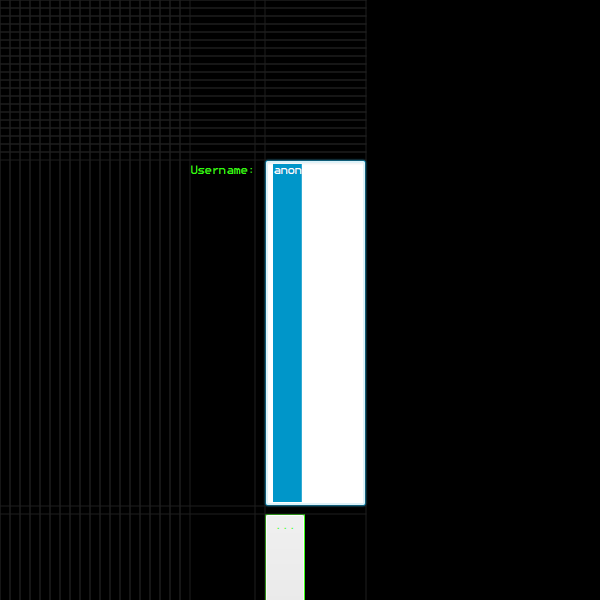
Repository: silic4-ivey/River
Program's window: java RiverClient/src/Main.java
These files come from the project's save history. The program's window is drawn as it stood at one moment and after the next save; the edit follows.
It runs on Java 21 on a 1366 x 768 screen with JavaFX 11; the title bar is not drawn. It also reads RiverClient/resources/fonts/Modeseven-L3n5.ttf.

Above is the program's window before, as saved 2021-08-16 19:04:42.

### RiverClient/src/Main.java
import javafx.application.Application;
import javafx.event.ActionEvent;
import javafx.event.EventHandler;
import javafx.scene.Scene;
import javafx.scene.control.Button;
import javafx.scene.layout.StackPane;
import javafx.stage.Stage;
public class Main extends Application{

	private MainUI mainUI;

	public static void main(String args[]) {
		launch (args);
	}

	@Override
	public void start(Stage primaryStage) throws Exception{

		mainUI = new MainUI(primaryStage);

	}
}

### RiverClient/src/MainUI.java
import javafx.geometry.Pos;
import java.io.FileInputStream;
import java.io.FileNotFoundException;
import java.io.File;
import javafx.scene.Scene;
import javafx.scene.control.Button;
import javafx.scene.layout.StackPane;
import javafx.scene.layout.VBox;
import javafx.scene.paint.Color;
import javafx.stage.Stage;
import javafx.scene.control.TextField;
import java.util.Random;
import javafx.scene.layout.GridPane;
import javafx.scene.control.Label;
import javafx.scene.text.Font;
import javafx.scene.text.Text;
import javafx.scene.control.ScrollPane;

public class MainUI {

	private RiverClient rc;
	private String userName = "anon";
	private int size = 600;
	private Stage window;
	private Text textBox = new Text();
	private final String modeSeven = "Modeseven-L3n5.ttf";
	private final String fontPath = "./resources/fonts/";

	public MainUI(Stage primaryStage) throws Exception{
		window = primaryStage;

		Label userLbl = new Label("Username:");
		TextField text = new TextField("anon");


		Button connectButton = new Button("Connect");
		connectButton.setOnAction(e ->startConnection(text.getText()));   ///////////////////////////////

		//VBox layout1 = new VBox();
		//layout1.getChildren().addAll(userLbl,text,connectButton);

		try {
			Font terminalFont = Font.loadFont(new FileInputStream(new File(fontPath + modeSeven)),12);

			text.setFont(terminalFont);
			userLbl.setFont(terminalFont);
			connectButton.setFont(terminalFont);


		}catch(FileNotFoundException e) {
			e.printStackTrace();
		}

		text.setStyle("-fx-text-inner-color: #39ff14");
		//text.setStyle("-fx-control-inner-background: black");
		//text.setStyle("-fx-border-color: #39ff14");

		userLbl.setTextFill(Color.web("#39ff14"));

		connectButton.setTextFill(Color.web("#39ff14"));
		connectButton.setStyle("-fx-background-color: black");
		connectButton.setStyle("-fx-border-color: #39ff14");

		connectButton.setMaxSize(15, 15);


		GridPane layout1 = new GridPane();

		layout1.setVgap(8);
		layout1.setHgap(10);

		/*layout1.add(userLbl, size/2 -1, size/2);
		layout1.add(text, size/2, size/2);
		layout1.add(connectButton, size/2, size/2 -1);*/

		GridPane.setConstraints(userLbl, 19, 20);
		GridPane.setConstraints(text, 20, 20);
		GridPane.setConstraints(connectButton, 20, 21);

		layout1.getChildren().addAll(userLbl,text,connectButton);

		layout1.setGridLinesVisible(true);
		layout1.setStyle("-fx-background-color: #000000");

		Scene scene1 = new Scene(layout1, size, size, Color.BLACK);
		//scene1.setFill(Color.BLACK);

		window.setScene(scene1);
		window.setTitle("The River");
		window.show();

		/*RiverClient cs = RiverClient.getInstance();
		cs.writeTo();
		cs.closeAccess();*/
	}

	public void startConnection(String userName) {
		initializeClient();  ///////////////////////////////////////////////////
		setUser(userName);
		switchStage();
	}

	public void initializeClient() {
		rc = RiverClient.getInstance();
	}

	public void setUser(String userName) {
		this.userName = userName;
	}

	public void switchStage() {

		ServerReader sr = new ServerReader(rc, this);

		Label userLbl = new Label(userName + ": ");
		TextField text = new TextField("Type Here");

		Button sendButton = new Button("Send");
		sendButton.setOnAction(e -> rc.writeTo(text.getText(), userName));   /////////////////////////////// create a logoff button

		Button logoffButton = new Button("Logoff");
		logoffButton.setOnAction(e -> rc.closeAccess());   /////////////////////////////// create a logoff button

		//Text textBox = new Text();


		GridPane layout1 = new GridPane();

		layout1.setVgap(8);
		layout1.setHgap(10);

		GridPane.setConstraints(userLbl, 19, 2);
		GridPane.setConstraints(text, 20, 2);
		GridPane.setConstraints(sendButton, 21, 2);
		GridPane.setConstraints(logoffButton, 22, 2);
		GridPane.setConstraints(textBox,20,0);


		layout1.getChildren().addAll(userLbl,text,sendButton, textBox, logoffButton);

		ScrollPane scrollPane = new ScrollPane();
		scrollPane.setPrefSize(1, 1);
		scrollPane.setContent(textBox);
		scrollPane.setVbarPolicy(ScrollPane.ScrollBarPolicy.ALWAYS);
		scrollPane.setHbarPolicy(ScrollPane.ScrollBarPolicy.ALWAYS);

		layout1.setGridLinesVisible(false); ////////// delete after
		Scene scene2 = new Scene(layout1, size, size);
		scene2.setFill(Color.BLACK);



		sr.start();  /////////////////////////////////

		window.setScene(scene2);
		window.setTitle("The River");
		window.show();

	}


	public void updateText(String s) {

		textBox.setText(textBox.getText() + "\n" + s);


	}



}

After the next save:
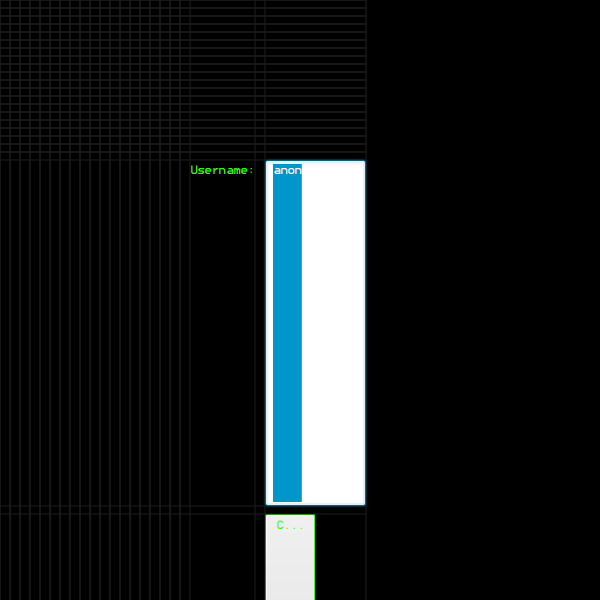
Saved 49 s later.
--- a/RiverClient/src/MainUI.java
+++ b/RiverClient/src/MainUI.java
@@ -61,7 +61,7 @@
 		connectButton.setStyle("-fx-background-color: black");
 		connectButton.setStyle("-fx-border-color: #39ff14");
 
-		connectButton.setMaxSize(15, 15);
+		connectButton.setMaxSize(50, 20);
 
 
 		GridPane layout1 = new GridPane();
